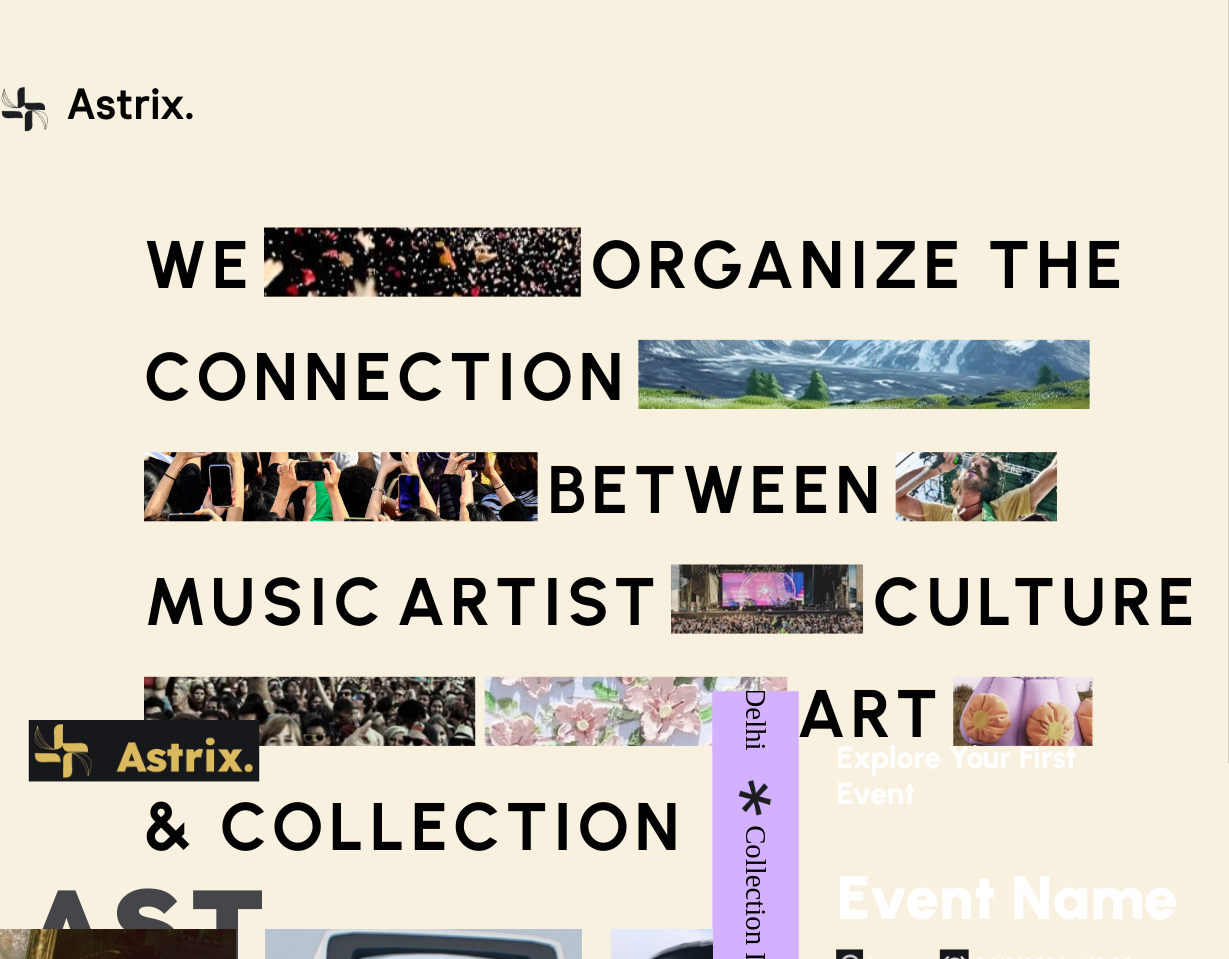
Repository: sharma171/astrix
Page: /
An editor plug-in stored every save of this project. The page is shown before and after the next save, followed by the edit.
The browser window is 1280 px wide. The pictures show the whole page, at 96% of full size.
Some web fonts or font styles are not loaded; a fallback is used. The project was rebuilt for these pictures with package versions that can differ from the ones it lists, and the page was loaded fresh each time.

Above is the page before, as saved 2024-05-20 19:43:40.

### src/index.jsx
import React from 'react';
import ReactDOM from 'react-dom/client';
// import './index.css';
import App from './App';
import reportWebVitals from './reportWebVitals';

const root = ReactDOM.createRoot(document.getElementById('root'));
root.render(
  // <React.StrictMode>
    <App />
  // </React.StrictMode>
);

// If you want to start measuring performance in your app, pass a function
// to log results (for example: reportWebVitals(console.log))
// or send to an analytics endpoint. Learn more: https://bit.ly/CRA-vitals
reportWebVitals();

### src/App.jsx
import React from "react";
import { BrowserRouter as Router, Route, Routes } from "react-router-dom";
import Home from "./Home";
import "./component/main.css";
//fonts
import "./fonts/FUTURA45LIGHT.TTF";
import "./fonts/FUTURA55REGULAR.TTF";
import "./fonts/FUTURA65MEDIUM.TTF";
import "./fonts/FUTURA75BOLD.TTF";

function App() {
  return (
    <div>
      <Router>
        <Routes>
          <Route path="/" element={<Home/>} />
        </Routes>
      </Router>
    </div>
  );
}
export default App;

### src/Home.jsx
import React, { useState } from 'react';
import Hero from "./component/hero";
import HomeSection from './component/homesection';
const Home = () => {
    const [heroActive, setHeroActive] = useState(false);
    const handleActive = () => {
        setHeroActive(!heroActive);
    }
    return(
        <div>
            <div className={`floating-hero ${heroActive ? 'active' : ''}`} onClick={handleActive}>
                <Hero />
            </div>
            <div className={`homesection ${heroActive ? 'active' : ''}`}>
                <HomeSection />
            </div>
        </div>
    );
}
export default Home;

### src/component/main.css
@import url('https://fonts.googleapis.com/css2?family=Urbanist:ital,wght@0,100..900;1,100..900&display=swap');

body {
    background: #17181c;
}

@font-face {
    font-family: "sebino";
    src: local("sebino"),
     url("../fonts/Sebino-Regular.ttf") format("truetype");
    font-weight: 500;
}
@font-face {
    font-family: "futuralight";
    src: local("futuralight"),
     url("../fonts/FUTURA45LIGHT.TTF") format("truetype");
    font-weight: light;
}
@font-face {
    font-family: "futuraregular";
    src: local("futuraregular"),
     url("../fonts/FUTURA55REGULAR.TTF") format("truetype");
    font-weight: regular;
}
@font-face {
    font-family: "futuramedium";
    src: local("futuramedium"),
     url("../fonts/FUTURA65MEDIUM.TTF") format("truetype");
    font-weight: medium;
}
@font-face {
    font-family: "futurabold";
    src: local("futurabold"),
     url("../fonts/FUTURA75BOLD.TTF") format("truetype");
    font-weight: bold;
}

*{
    padding: 0;
    margin: 0;
}
* a{
    text-decoration: none;
}
* .row-flex {
    display: flex;
    flex-direction: row;
}
* .col-flex {
    display: flex;
    flex-direction: column;
}
* .container {
    width: 100%;
    max-width: 1380px;
    margin: 0 auto;
}
* .bigcontainer {
    width: 100%;
    max-width: 1520px;
    margin: 0 auto;
}
#root {
    background: #17181c;
    min-height: 100vh;
}

### src/component/hero.jsx
import React from "react";
import Header from "./header";
import "./hero-overlay/css/hero.css";
import ImageOne from "./hero-overlay/images/heroimage1.jpeg";
import ImageTwo from "./hero-overlay/images/heroimage2.jpeg";
import ImageThree from "./hero-overlay/images/heroimage3.jpg";
import ImageFour from "./hero-overlay/images/heroimage4.png";
import ImageFive from "./hero-overlay/images/heroimage5.png";
import ImageSix from "./hero-overlay/images/heroimag6.png";
import ImageSeven from "./hero-overlay/images/heroimage7.png";
import ImageEight from "./hero-overlay/images/heroimage8.png";
const Hero = () => {
    return(
        <>
            <Header />
            <div className={`container`} >
                <div className={`hero-anim row-flex`}>
                    <h3 className="hero-text">WE</h3>
                    <img className="hero-image" src={ImageOne} alt="" />
                    <h3 className="hero-text">ORGANIZE THE</h3>
                    <h3 className="hero-text">CONNECTION</h3>
                    <img className="hero-image" src={ImageTwo} alt="" />
                    <img className="hero-image" src={ImageThree} alt="" />
                    <h3 className="hero-text">BETWEEN</h3>
                    <img className="hero-image" src={ImageFour} alt="" />
                    <h3 className="hero-text">MUSIC</h3>
                    <h3 className="hero-text">ARTIST</h3>
                    <img className="hero-image" src={ImageFive} alt="" />
                    <h3 className="hero-text">CULTURE</h3>
                    <img className="hero-image" src={ImageSix} alt="" />
                    <img className="hero-image" src={ImageSeven} alt="" />
                    <h3 className="hero-text">ART</h3>
                    <img className="hero-image" src={ImageEight} alt="" />
                    <h3 className="hero-text">& COLLECTION</h3>
                </div>
            </div>
        </>
    );
}
export default Hero;

### src/component/header.jsx
import React from 'react';
import { Link } from 'react-router-dom';
import "./hero-overlay/css/header.css"
import HeroLogo from './hero-overlay/images/png logo.png';

const Header = () => {
    return(
        <div className="ov-header">
            <div className="container">
                <div className="navmenu">
                    <Link to="#" className="row-flex">
                        <img
                            src={HeroLogo}
                            alt="Asterix-logo"
                            className="brand-logo"
                        />
                        <h1 className='brand-name'>Astrix.</h1>
                    </Link>
                </div>
            </div>
        </div>
    )
}

export default Header;

### src/component/hero-overlay/css/hero.css
.floating-hero {
    background: #f8f1df;
    min-height: 100vh;
    transition: all 2s;
    cursor: pointer;
    display: block;
    position: static;
    width: 100%;
    transition: all 3s ease-in-out;
    top: 0;
    z-index: 100;
}
.floating-hero.active {
    display: block;
    position: fixed;
    top: -500%;
    left: 0;
}
.floating-hero .navmenu{
    padding-top: 90px;
}

.floating-hero .hero-anim {
    flex-wrap: wrap;
    row-gap: 40px;
    column-gap: 10px;
    padding-left: 150px;
    padding-top: 100px;
    padding-bottom: 100px;
}

.floating-hero .hero-anim .hero-image {
    max-height: 72px;
    object-fit: cover;
}
.floating-hero .hero-anim .hero-text {
    font-family: "Urbanist", sans-serif;
    font-size: 70px;
    letter-spacing: 6px;
    line-height: 1.1;
    font-weight: 700;
    color: #000;
}
.floating-hero .hero-anim .hero-image:nth-child(2) {
    animation-name: hero-first;
    animation-duration: 9s;
    animation-timing-function: ease-in-out;
    animation-iteration-count: infinite;
    animation-delay: 2s;
    width: 450px;
}
.floating-hero .hero-anim .hero-image:nth-child(5) {
    animation-name: hero-second;
    animation-duration: 9s;
    animation-timing-function: ease-in-out;
    animation-iteration-count: infinite;
    animation-delay: 2s;
    width: 620px;
}
.floating-hero .hero-anim .hero-image:nth-child(6) {
    animation-name: hero-third;
    animation-duration: 9s;
    animation-timing-function: ease-in-out;
    animation-iteration-count: infinite;
    animation-delay: 2s;
    width: 340px;
}
.floating-hero .hero-anim .hero-image:nth-child(11) {
    animation-name: hero-four;
    animation-duration: 9s;
    animation-timing-function: ease-in-out;
    animation-iteration-count: infinite;
    animation-delay: 2s;
    width: 300px;
}
.floating-hero .hero-anim .hero-image:nth-child(13) {
    animation-name: hero-fifth;
    animation-duration: 9s;
    animation-timing-function: ease-in-out;
    animation-iteration-count: infinite;
    animation-delay: 2s;
    width: 190px;
}
.floating-hero .hero-anim .hero-image:nth-child(14) {
    animation-name: hero-sixth;
    animation-duration: 9s;
    animation-timing-function: ease-in-out;
    animation-iteration-count: infinite;
    animation-delay: 2s;
    width: 255px;
}
@keyframes hero-first {
    0% {
        width: 450px;
    }
    25% {
        width: 330px;
    }
    50% {
        width: 330px;
    }
    75% {
        width: 450px;
    }
    100% {
        width: 450px;
    }
}
@keyframes hero-second {
    0% {
        width: 620px;
    }
    25% {
        width: 470px;
    }
    50% {
        width: 470px;
    }
    75% {
        width: 620px;
    }
    100% {
        width: 620px;
    }
}
@keyframes hero-third {
    0% {
        width: 340px;
    }
    25% {
        width: 410px;
    }
    50% {
        width: 410px;
    }
    75% {
        width: 340px;
    }
    100% {
        width: 340px;
    }
}
@keyframes hero-four {
    0% {
        width: 300px;
    }
    25% {
        width: 200px;
    }
    50% {
        width: 200px;
    }
    75% {
        width: 300px;
    }
    100% {
        width: 300px;
    }
}
@keyframes hero-fifth {
    0% {
        width: 190px;
    }
    25% {
        width: 345px;
    }
    50% {
        width: 345px;
    }
    75% {
        width: 190px;
    }
    100% {
        width: 190px;
    }
}
@keyframes hero-sixth {
    0% {
        width: 255px;
    }
    25% {
        width: 315px;
    }
    50% {
        width: 315px;
    }
    75% {
        width: 255px;
    }
    100% {
        width: 255px;
    }
}

### src/component/home.css
@import url('https://fonts.googleapis.com/css2?family=Lexend:wght@100..900&family=Roboto+Slab:wght@100..900&display=swap');
@import url('https://db.onlinewebfonts.com/c/98715f5363bc3d7c04ff2c41e302118e?family=EnglishGrotesque+W00+Medium');

/* Carousel columns */


.homesection.active {
    position: static;
    top: 0;
    margin-top: 0;
}
.homesection{
    position: fixed;
    bottom: -100%;
    left: 0;
    width: 100%;
    height: 100%;
    transition: all 3s ease-out;
    margin-top: 100vh;
}
.homesection .car-row-col {
    width: 65%;
}
.homesection .car-row-row {
    flex-wrap: nowrap;
    width: 100%;
}
.homesection .car-col {
    width: calc(100% - 90px);
}
.homesection .tick-col {
    width: 90px;
    background: #d4b1ff;
}
.homesection .car-col .homebrand {
    margin-top: 30px;
    margin-left: 30px;
}
.homesection .car-col .homebrand img{
    width: 240px;
}

.homesection .car-col .carousel-inner.active {
    z-index: 1;
    opacity: 1;
    position: relative;
    overflow: unset;
    margin: 90px 0 0 0;
    height: unset;
}
.homesection .car-col .carousel-inner {
    position: relative;
    overflow: hidden;
    height: 0;
    z-index: -10;
    opacity: 0;
    transition: all ease-in-out .4s
}

.homesection .car-col .carousel-inner .one {
    position: absolute;
    top: 0;
    color: #45464a;
    font-family: "Lexend", sans-serif;
    font-size: 114px;
    line-height: 1;
    font-weight: 800;
    letter-spacing: 8px;
    margin-left: 30px;
    z-index: 1;
}
.homesection .car-col .carousel-inner .two {
    position: absolute;
    bottom: 60px;
    color: #45464a;
    font-family: "Lexend", sans-serif;
    font-size: 114px;
    line-height: 1;
    font-weight: 800;
    letter-spacing: 8px;
    margin-left: 30px;
    z-index: 1;
}
.homesection .car-col .carousel-inner .carousel-box {
    z-index: 10;
    position: relative;
    padding-top: 60px;
    padding-left: 28%;
    gap: 30px;
    display: flex;
    flex-direction: row;
    overflow: hidden;
}
.homesection .car-col .carousel-inner .carousel-box .car-item {
    height: 500px;
    width: 330px;
    max-height: 500px;
    max-width: 330px;
    position: relative;
    animation-name: carousel;
    animation-delay: 2s;
    animation-duration: 14s;
    animation-iteration-count:infinite;
    animation-timing-function: ease-in-out;
}
.homesection .car-col .carousel-inner .carousel-box .car-item:nth-child(1) .overlay {
    animation-name: visible1;
    animation-delay: 2s;
    animation-duration: 14s;
    animation-iteration-count:infinite;
    animation-timing-function: ease-in-out;
    opacity: 0;
}
.homesection .car-col .carousel-inner .carousel-box .car-item:nth-child(2) .overlay {
    animation-name: visible2;
    animation-delay: 2s;
    animation-duration: 14s;
    animation-iteration-count:infinite;
    animation-timing-function: ease-in-out;
    opacity: 0;
}
.homesection .car-col .carousel-inner .carousel-box .car-item:nth-child(3) .overlay {
    animation-name: visible3;
    animation-delay: 2s;
    animation-duration: 14s;
    animation-iteration-count:infinite;
    animation-timing-function: ease-in-out;
    opacity: 0;
}
.homesection .car-col .carousel-inner .carousel-box .car-item:nth-child(4) .overlay {
    animation-name: visible4;
    animation-delay: 2s;
    animation-duration: 14s;
    animation-iteration-count:infinite;
    animation-timing-function: ease-in-out;
    opacity: 0;
}
@keyframes carousel {
    0% {
        transform: translate(0%);
    }
    3% {
        transform: translate(-80%);
    }
    5% {
        transform: translate(-75%);
    }
    25% {
        transform: translate(-75%);
    }
    28% {
        transform: translate(-190%);
    }
    30% {
        transform: translate(-184%);
    }
    50% {
        transform: translate(-184%);
    }
    53% {
        transform: translate(-300%);
    }
    55% {
        transform: translate(-294%);
    }
    75% {
        transform: translate(-294%);
    }
    78% {
        transform: translate(10%);
    }
    80% {
        transform: translate(-0%);
    }
    100% {
        transform: translate(0%);
    }
}
@keyframes visible1 {
    0% {
        opacity: 0;
    }
    5% {
        opacity: 1;
    }

    75% {
        opacity: 1;
    }
    80% {
        opacity: 0;
    }
    100% {
        opacity: 0;
    }
}

@keyframes visible2 {
    0% {
        opacity: 1;
    }
    5% {
        opacity: 0;
    }
    25% {
        opacity: 0;
    }
    28% {
        opacity: 1;
    }
    100% {
        opacity: 1;
    }
}
@keyframes visible3 {
    0% {
        opacity: 1;
    }
    25% {
        opacity: 1;
    }
    30% {
        opacity: 0;
    }
    50% {
        opacity: 0;
    }
    53% {
        opacity: 1;
    }
    55% {
        opacity: 1;
    }
    75% {
        opacity: 1;
    }
    78% {
        opacity: 1;
    }
    80% {
        opacity: 1;
    }
    100% {
        opacity: 1;
    }
}
@keyframes visible4 {
    0% {
        opacity: 1;
    }
    50% {
        opacity: 1;
    }
    55% {
        opacity: 0;
    }
    75% {
        opacity: 0;
    }
    78% {
        opacity: 1;
    }
    80% {
        opacity: 1;
    }
    100% {
        opacity: 1;
    }
}



.homesection .car-col .carousel-inner .carousel-box .car-item .carimg {
    height: 500px;
    width: 330px;
    max-height: 500px;
    max-width: 330px;
    object-fit: cover;
}

.homesection .car-col .carousel-inner .carousel-box .car-item .top-head {
    position: absolute;
    top: -50px;
    font-family: "urbanist";
    font-weight: 700;
    left: 0;
    font-size: 40px;
    color: #fff;
}
.homesection .car-col .carousel-inner .carousel-box .car-item .overlay {
    position: absolute;
    top: 0;
    left: 0;
    width: 100%;
    height: 100%;
    display: flex;
    justify-content: flex-end;
    align-items: flex-start;
    color: #fff;
    font-family: "Urbanist", sans-serif;
    background: linear-gradient(0deg, rgb(0 0 0 / 29%) 40%, rgb(0 0 0 / 0%) 100%);
}

.homesection .car-col .carousel-inner .carousel-box .car-item .overlay .eventname {
    font-size: 40px;
    font-weight: 700;
    line-height: 1;
    margin: 25px 25px 30px 25px;
    letter-spacing: 1.7px;
}
.homesection .car-col .carousel-inner .carousel-box .car-item .overlay .location {
    margin: 0px 25px 25px 25px;
    gap: 6px
}
.homesection .car-col .carousel-inner .carousel-box .car-item .overlay .location .icon {
    width: 18px;
    height: 18px;
}
.homesection .car-col .carousel-inner .carousel-box .car-item .overlay .location span {
    font-size: 19px;
    font-weight: 500;
    line-height: 1.1;
    color: #ffffffd6;
}

.homesection .car-col .section-tabs{
    margin: 55px auto 55px 30px;
    background: #2b2c30;
    width: fit-content;
    border-radius: 200px;
}

.homesection .car-col .section-tabs .tabspan.active{
    background: #4b5056;
    border-radius: 200px;
}
.homesection .car-col .section-tabs .tabspan {
    font-size: 23px;
    line-height: 1;
    cursor: pointer;
    transition: all 0.5s;
    color: #fdfbf8;
    line-height: 1;
    font-weight: 500;
    padding: 15px 40px;
    font-family: "Urbanist", sans-serif;
}

.homesection .tick-col {
    align-content: center;
    align-items: center;
    justify-content: flex-start;
    max-height: 100vh;
    position: sticky;
    top: 0;
    overflow: hidden;
}
.homesection .tick-col .ticker-box {
    height: fit-content;
    font-family: "EnglishGrotesque W00 Medium";
    color: #000;
    gap: 30px;
    padding-top: 20px;
    padding-bottom: 20px;
    animation-name: ticker-box;
    animation-iteration-count:infinite;
    animation-duration: 30s;
    animation-delay: 1s;
}
.homesection .tick-col .ticker-box .ticker-inner {
    gap: 8px;
    align-items: center;
}
.homesection .tick-col .ticker-box .ticker-inner .ticker-icon {
    width: 40px;
    height: 40px;
}
.homesection .tick-col .ticker-box .ticker-inner span {
    writing-mode: vertical-lr;
    font-size: 30px;
}

@keyframes ticker-box {
    0% {
        transform: translateY(0%);
        opacity: 1;
    }
    98% {
        transform: translateY(-90%);
    }
    99% {
        transform: translateY(-90%);
        opacity: 1;
    }
    100% {
        transform: translateY(0%);
        opacity: 0;
    }
}


/* //Event columns */
.homesection .evnt-col{
    width: 35%;
    color: #fff;
    font-family:"Urbanist", sans-serif;
}
.homesection .evnt-col .topheading {
    font-size: 32px;
    font-family:"Urbanist", sans-serif;
    font-weight: 800;
    margin: 50px 39px;
    line-height: 1.2;
}
.homesection .evnt-col .main-head {
    font-size: 64px;
    font-family:"Urbanist", sans-serif;
    font-weight: 900;
    margin: 30px 39px 15px 39px;
    line-height: 1.2;
}

.homesection .evnt-col .venue-time {
    gap: 16px;
    margin: 0px 39px 15px 39px;
}
.homesection .evnt-col .location-time {
    gap: 6px;
    align-items: center;
}
.homesection .evnt-col .location-time .loc-icon {
    height: 35px;
    width: auto;
}
.homesection .evnt-col .location-time .loc-text {
    font-size: 21px;
    font-weight: 500;
    line-height: 1.5;
}
.homesection .evnt-col .para {
    font-size: 18px;
    font-weight: 500;
    line-height: 1.5;
    margin: 0px 39px 15px 39px;
    max-width: 60%;
}
.homesection .evnt-col .artist-head {
    font-size: 26px;
    line-height: 1.2;
    margin: 30px 39px 15px 39px;
}
.homesection .evnt-col .artist-section {
    justify-content: center;
    margin-top: 35px;
}
.homesection .evnt-col .artist-section .artist-img {
    width: calc(100% - 40px);
    min-width: calc(100% - 40px);
    max-width: calc(100% - 40px);
    height: fit-content;
    max-height: fit-content;
}
.homesection .evnt-col .submit-row {
    justify-content: space-between;
    margin: 50px 30px 0 30px;
}
.homesection .evnt-col .submit-row .submit {
    font-size: 25px;
    font-weight: 500;
    line-height: 1.5;
    padding: 8px 25px;
    margin: auto 0 0 0;
    background: #ffbd4d;
    color: #1b1e21;
    font-family: "EnglishGrotesque W00 Medium";
    border-radius: 100px;
    font-weight: 700;
    letter-spacing: 2px;
}

### src/component/hero-overlay/css/header.css
.ov-header .navmenu .brand-logo {
    width: 50px;
    height: auto;
}
.ov-header .brand-name {
    font-family: "sebino";
    color: black;
    font-size: 43px;
    line-height: 0.8;
    align-self: center;
    margin-left: 20px;
    letter-spacing: 1.5px;
}

Loaded but not shown: public/index.html (common file); src/reportWebVitals.js (common file); src/component/homesection.js (177 lines, source omitted)

After the next save:
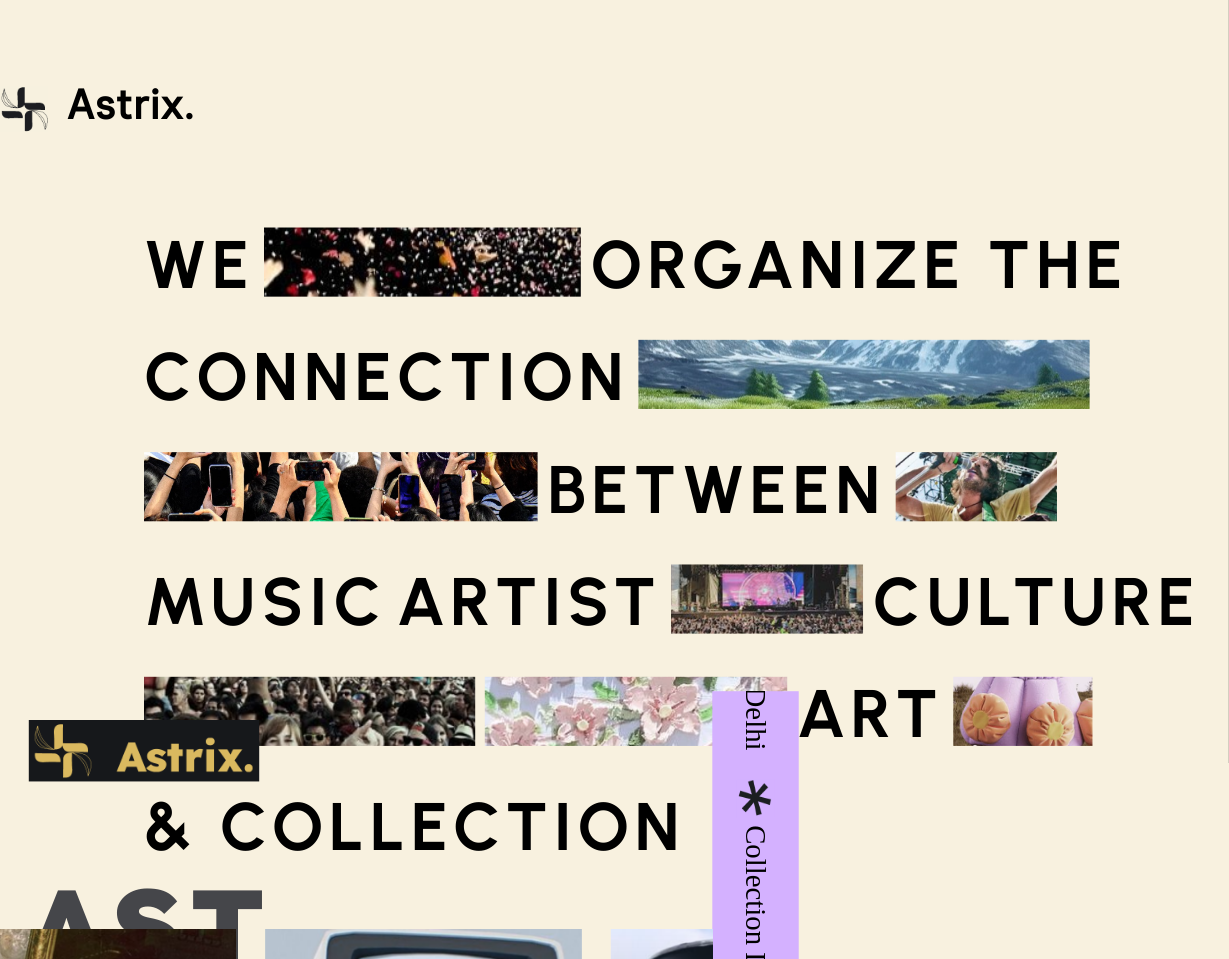
Saved 94 s later.
--- a/src/component/home.css
+++ b/src/component/home.css
@@ -404,6 +404,8 @@
     width: 35%;
     color: #fff;
     font-family:"Urbanist", sans-serif;
+    height: 0;
+    overflow: hidden;
 }
 .homesection .evnt-col .topheading {
     font-size: 32px;
